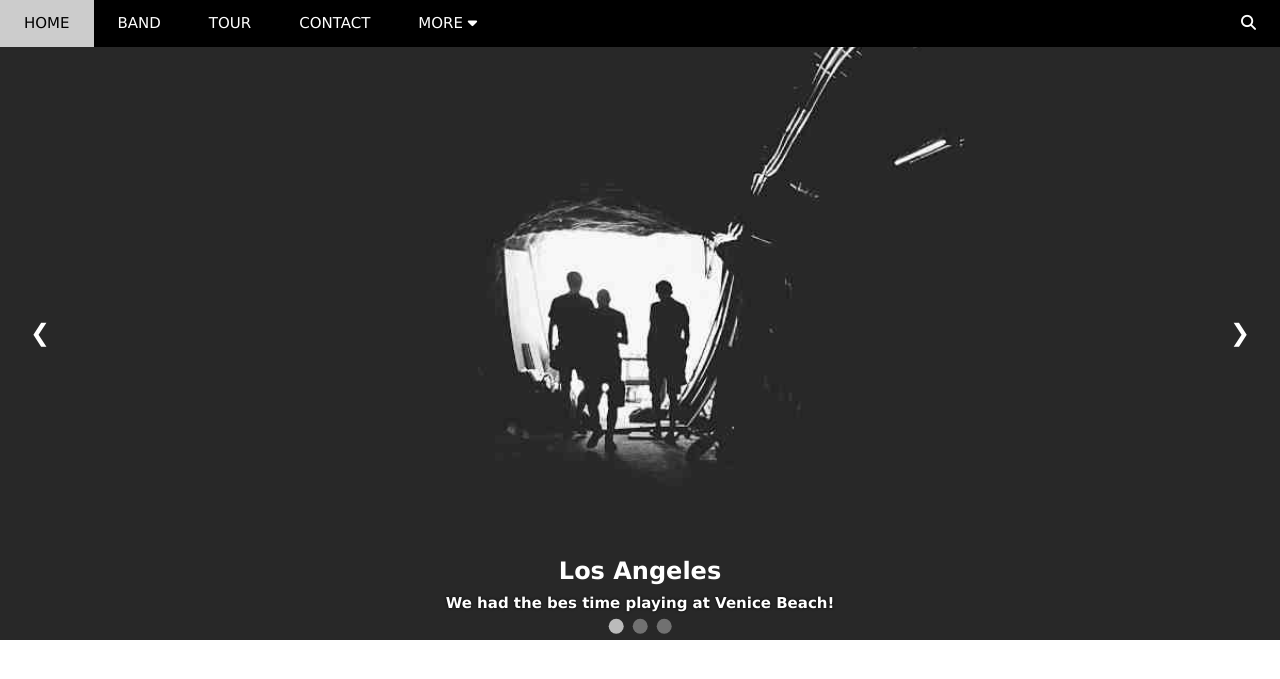
Repository: tam1512/The-Band
Page: index.html
These files come from the project's save history. The page is drawn as it stood at one moment and after the next save; the edit follows.
The browser window is 1280 px wide. The pictures show the whole page.
After loading, the first visible `a.prev` was clicked once.
Some web libraries are served in a nearby version.

Above is the page before, as saved 2022-07-23 03:17:45.
Console error: ReferenceError: showSlides is not defined

### index.html
<!DOCTYPE html>
<html lang="en">
  <head>
    <meta charset="UTF-8" />
    <meta http-equiv="X-UA-Compatible" content="IE=edge" />
    <meta name="viewport" content="width=device-width, initial-scale=1.0" />
    <link
      rel="stylesheet"
      href="https://cdnjs.cloudflare.com/ajax/libs/font-awesome/6.1.1/css/all.min.css"
      integrity="sha512-KfkfwYDsLkIlwQp6LFnl8zNdLGxu9YAA1QvwINks4PhcElQSvqcyVLLD9aMhXd13uQjoXtEKNosOWaZqXgel0g=="
      crossorigin="anonymous"
      referrerpolicy="no-referrer"
    />
    <link rel="stylesheet" href="./assets/css/style.css" />
    <title>The Band</title>
  </head>
  <body>
    <div class="container">
      <div class="header" id="home">
        <ul id="nav">
          <li><a href="#home">HOME</a></li>
          <li><a href="#band">BAND</a></li>
          <li><a href="#tour">TOUR</a></li>
          <li><a href="#contact">CONTACT</a></li>
          <li class="dropdown">
            <a href="javascript:void(0)" class="dropbtn">
              MORE
              <i class="fa-solid fa-caret-down"></i>
            </a>
            <div class="dropdown-content">
              <a href="#">Merchandise</a>
              <a href="#">Extras</a>
              <a href="#">Media</a>
            </div>
          </li>
        </ul>
        <div id="search">
          <i class="fa-solid fa-magnifying-glass color-white"></i>
        </div>
      </div>
      <!-- Slideshow container -->
      <div class="slideshow-container">
        <!-- Full-width image with caption text -->
        <div class="mySlides fade">
          <img src="assets/img/la.jpg" alt="Los Angeles" />
          <div class="text padding-32-16 color-white">
            <h3 class="fz-24 margin-10">Los Angeles</h3>
            <p>
              <b class="text-shadow">We had the bes time playing at Venice Beach!</b>
            </p>
          </div>
        </div>

        <div class="mySlides fade">
          <img src="assets/img/ny.jpg" alt="New York" />
          <div class="text padding-32-16 color-white">
            <h3 class="fz-24 margin-10">New York</h3>
            <p>
              <b class="text-shadow">The atmosphere in New York is lorem ipsum.</b>
            </p>
          </div>
        </div>

        <div class="mySlides fade">
          <img src="assets/img/chicago.jpg" alt="Chicago" />
          <div class="text padding-32-16 color-white">
            <h3 class="fz-24 margin-10">Chicago</h3>
            <p>
              <b class="text-shadow">Thank you, Chicago - A night we won't forget</b>
            </p>
          </div>
        </div>

        <!-- Next and previous buttons -->
        <a class="prev" onclick="plusSlides(-1)">&#10094</a>
        <a class="next" onclick="plusSlides(1)">&#10095</a>

       <!-- The dots/circles -->
        <div class="dots">
          <span class="dot" onclick="currentSlide(1)"></span>
          <span class="dot" onclick="currentSlide(2)"></span>
          <span class="dot" onclick="currentSlide(3)"></span>
        </div>
      </div>
      <br>


    </div>

    <script src="assets/js/js.js"></script>
  </body>
</html>

### assets/css/style.css
:root {
}

* {
  padding: 0;
  margin: 0;
  box-sizing: border-box;
}

body {
  font-family: Verdana, sans-serif;
  font-size: 15px;
  line-height: 22.5px;
}

.fz-24 {
  font-size: 24px;
}

.fz-30 {
  font-size: 30px;
}

.color-white {
  color: white;
}

.padding-64-16 {
  padding: 64px 16px !important;
}

.padding-32-16 {
  padding: 32px 16px !important;
}

.margin-0-24 {
  margin: 0 24px !important;
}

.margin-10 {
  margin: 10px 0 !important;
}

.text-shadow {
  text-shadow: 0 0 3px #000;
}

.header {
  position: fixed;
  top: 0;
  right: 0;
  left: 0;
  z-index: 2;
}

#nav {
  list-style-type: none;
  background-color: #000;
  overflow: hidden;
}

#nav > li {
  float: left;
}

#nav > li > a,
.dropbtn {
  display: inline-block;
  padding: 12px 24px;
  text-align: center;
  color: #fff;
  text-decoration: none;
}

#nav > li > a:hover,
.dropdown:hover,
.dropbtn:hover,
.dropdown-content a:hover {
  background-color: #ccc;
  color: black;
}

li.dropdown {
  display: inline-block;
  /* position: relative; */
}

.dropdown-content {
  display: none;
  position: absolute;
  min-width: 160px;
  background-color: #fff;
  box-shadow: 0px 8px 16px 0px rgba(0, 0, 0, 0.2);
  z-index: 1;
}

.dropdown-content a {
  color: #000 !important;
  text-align: left;
  padding: 8px 16px;
  display: block;
  text-decoration: none;
}

.dropdown:hover .dropdown-content {
  display: block;
}

#search {
  position: absolute;
  top: 0;
  right: 0;
  padding: 12px 24px;
}

#search:hover {
  background-color: #f44336;
}

/* Slider */
/* Slideshow container */
.slideshow-container {
  max-width: 100%;
  height: auto;
  position: relative;
  margin: auto;
}

/* Hide the images by default */
.mySlides {
  display: block;
}

.mySlides img {
  width: 100%;
  height: 100%;
}

/* Next & previous buttons */
.prev,
.next {
  cursor: pointer;
  position: absolute;
  top: 50%;
  transform: translate(0, -50%);
  /* width: auto; */
  /* margin-top: -22px; */
  margin: 10px;
  padding: 24px 20px;
  color: #fff;
  font-weight: bold;
  font-size: 24px;
  transition: background-color 0.6s ease;
  border-radius: 5px 5px 5px 5px;
  user-select: none;
}

/* Position the "next button" to the right */
.next {
  right: 0;
  border-radius: 5px 5px 5px 5px;
}

/* On hover, add a black backgroound color with a little bit see-through */
.prev:hover,
.next:hover {
  background-color: rgba(187, 187, 187, 0.171);
  color: #000;
  font-weight: bolder;
}

/* Caption text */
.text {
  position: absolute;
  left: 50%;
  transform: translate(-50%, -100%);
  text-align: center;
}

.dots {
  position: absolute;
  left: 50%;
  transform: translate(-50%, -130%);
}

.dot {
  cursor: pointer;
  height: 15px;
  width: 15px;
  margin: 0 2px;
  background-color: #717171;
  border-radius: 50%;
  display: inline-block;
  transition: background-color 0.6s ease;
}

.active,
.dot:hover {
  background-color: #bbb;
}

/* Fading animation */
.fade {
  animation-name: fade;
  animation-duration: 1.5s;
}

@keyframes fade {
  from {
    opacity: 0.4;
  }
  to {
    opacity: 1;
  }
}

### assets/js/js.js
let slideIndex = 1;

showSlide(slideIndex);

//Show slide
function showSlide(n) {
  let i;

  //lấy 2 mảng chứa các phần tử tương thích với các slide
  let slides = document.getElementsByClassName("mySlides");
  let dots = document.getElementsByClassName("dot");

  //xử lý giá trị truyền vào;
  if (n > slides.leght) {
    slideIndex = 1;
  }
  if (n < 1) {
    slideIndex = slides.length;
  }

  //Đảm bảo tất cả các slide đều bị ẩn
  for (i = 0; i < slides.length; i++) {
    slides[i].style.display = "none";
  }

  //Đảm bảo không có dot nào active
  for (i = 0; i < dots.length; i++) {
    dots[i].className = dots[i].className.replace(" active", "");
  }
  //Chỉ Hiển thị slide và dot hiện hành
  slides[slideIndex - 1].style.display = "block";
  dots[slideIndex - 1].className += " active";
}

// Next/previous controls (set value 1 and -1 in html)
function plusSlides(n) {
  showSlides((slideIndex += n));
}

// Cotrol image with dot (set value 1 to slides.lenght in html)
function currentSlide(n) {
  showSlides((slideIndex = n));
}

After the next save:
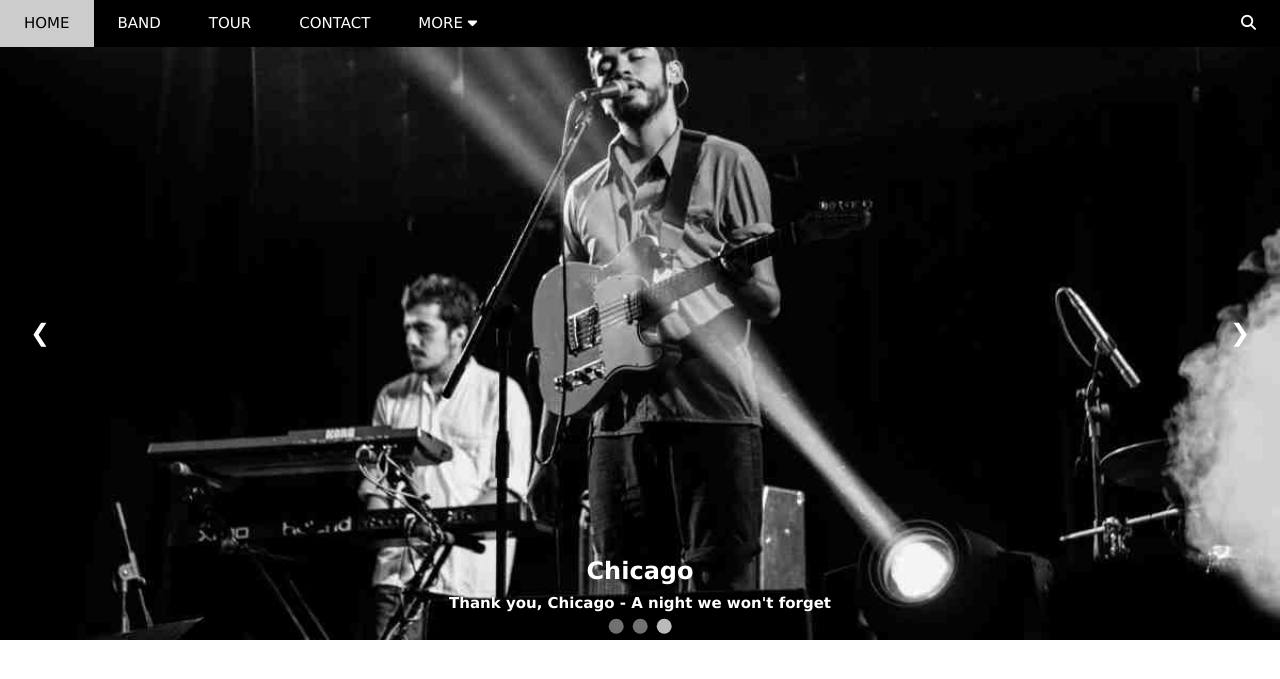
The error is gone.
Saved 37 s later.
--- a/assets/js/js.js
+++ b/assets/js/js.js
@@ -34,10 +34,10 @@ function showSlide(n) {
 
 // Next/previous controls (set value 1 and -1 in html)
 function plusSlides(n) {
-  showSlides((slideIndex += n));
+  showSlide((slideIndex += n));
 }
 
 // Cotrol image with dot (set value 1 to slides.lenght in html)
 function currentSlide(n) {
-  showSlides((slideIndex = n));
+  showSlide((slideIndex = n));
 }
